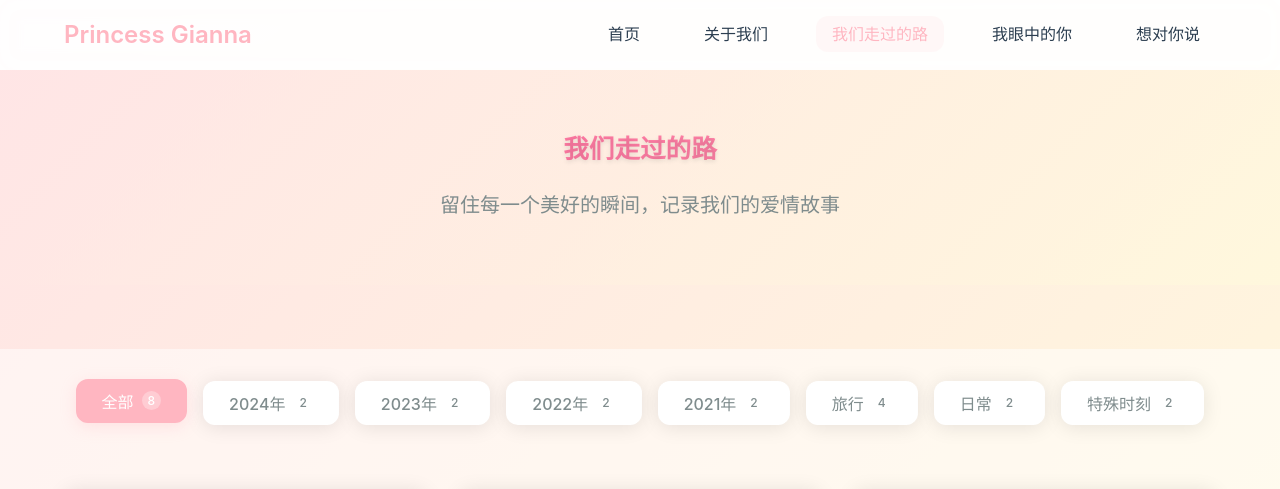
Repository: PrincessGianna/PrincessGianna.github.io
Page: pages/gallery.html
These files come from the project's save history. The page is drawn as it stood at one moment and after the next save; the edit follows.
The browser window is 1280 px wide. The pictures show the part of the page from y = 0 to 489 px (the page is 1497 px tall).
Pictures or frames that could not be fetched are drawn as grey boxes. Backgrounds fixed to the window are drawn as part of the page.

Above is the page before, as saved 2025-09-25 10:35:41.
Console error: ReferenceError: showTagModal is not defined

After the next save:
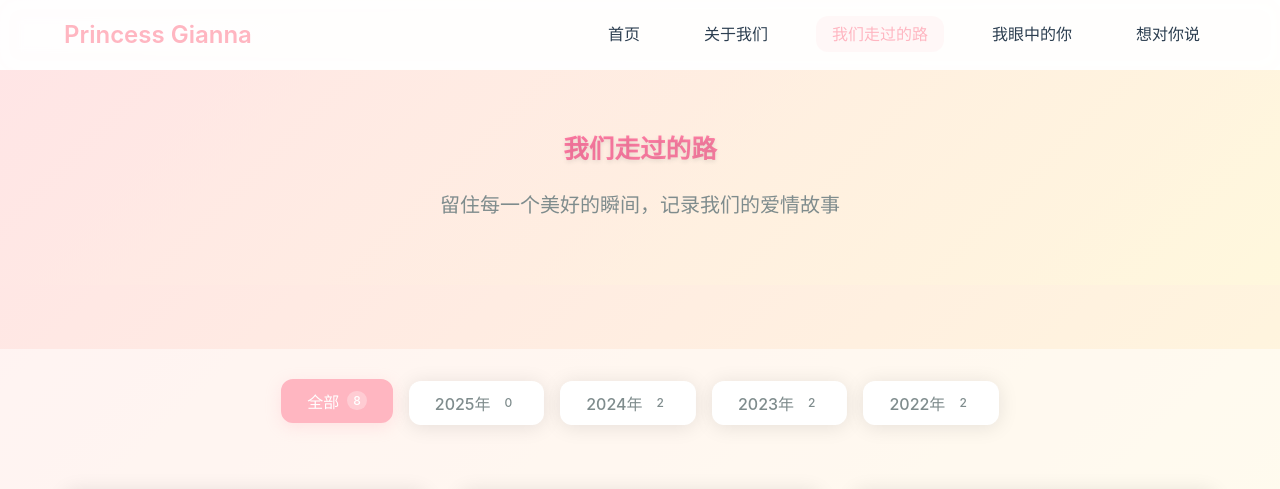
Saved 11 s later.
--- a/pages/gallery.html
+++ b/pages/gallery.html
@@ -56,35 +56,23 @@
             <div class="filter-tabs">
                 <button class="filter-tab active" data-filter="all">
                     <span class="tab-text">全部</span>
-                    <span class="tab-count">8</span>
+                    <span class="tab-count">84</span>
+                </button>
+                <button class="filter-tab" data-filter="2025">
+                    <span class="tab-text">2025年</span>
+                    <span class="tab-count">3</span>
                 </button>
                 <button class="filter-tab" data-filter="2024">
                     <span class="tab-text">2024年</span>
-                    <span class="tab-count">2</span>
+                    <span class="tab-count">35</span>
                 </button>
                 <button class="filter-tab" data-filter="2023">
                     <span class="tab-text">2023年</span>
-                    <span class="tab-count">2</span>
+                    <span class="tab-count">45</span>
                 </button>
                 <button class="filter-tab" data-filter="2022">
                     <span class="tab-text">2022年</span>
-                    <span class="tab-count">2</span>
-                </button>
-                <button class="filter-tab" data-filter="2021">
-                    <span class="tab-text">2021年</span>
-                    <span class="tab-count">2</span>
-                </button>
-                <button class="filter-tab" data-filter="travel">
-                    <span class="tab-text">旅行</span>
-                    <span class="tab-count">4</span>
-                </button>
-                <button class="filter-tab" data-filter="daily">
-                    <span class="tab-text">日常</span>
-                    <span class="tab-count">2</span>
-                </button>
-                <button class="filter-tab" data-filter="special">
-                    <span class="tab-text">特殊时刻</span>
-                    <span class="tab-count">2</span>
+                    <span class="tab-count">1</span>
                 </button>
             </div>
         </div>
